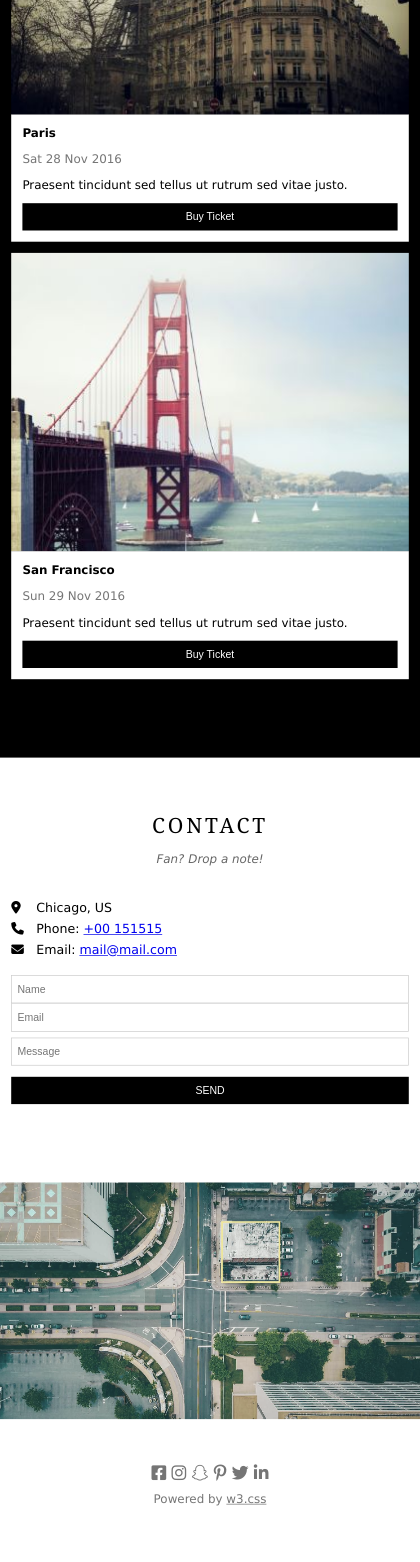
Repository: tam1512/The-Band
Page: index.html
These files come from the project's save history. The page is drawn as it stood at one moment and after the next save; the edit follows.
The browser window is 600 px wide. The pictures show the part of the page from y = 3386 to 5626 px (the page is 5618 px tall before and 5626 px after), at 70% of full size.
Some web libraries are served in a nearby version.

Above is the page before, as saved 2022-07-28 10:32:40.

### index.html
<!DOCTYPE html>
<html lang="en">
  <head>
    <meta charset="UTF-8" />
    <meta http-equiv="X-UA-Compatible" content="IE=edge" />
    <meta name="viewport" content="width=device-width, initial-scale=1.0" />
    <link
      rel="stylesheet"
      href="https://cdnjs.cloudflare.com/ajax/libs/font-awesome/6.1.1/css/all.min.css"
      integrity="sha512-KfkfwYDsLkIlwQp6LFnl8zNdLGxu9YAA1QvwINks4PhcElQSvqcyVLLD9aMhXd13uQjoXtEKNosOWaZqXgel0g=="
      crossorigin="anonymous"
      referrerpolicy="no-referrer"
    />
    <link rel="stylesheet" href="./assets/css/style.css" />
    <link rel="stylesheet" href="assets/css/responsive.css">
    <title>The Band</title>
  </head>
  <body>
    <div class="container">
      <!-- header -->
      <div class="header" id="home">
        <ul class="header_nav">
          <li><a href="#home">HOME</a></li>
          <li><a href="#band">BAND</a></li>
          <li><a href="#tour">TOUR</a></li>
          <li><a href="#contact">CONTACT</a></li>
          <li class="header_nav_dropdown">
            <a href="javascript:void(0)" class="dropbtn">
              MORE
              <i class="fa-solid fa-caret-down"></i>
            </a>
            <div class="dropdown-content">
              <a href="#">Merchandise</a>
              <a href="#">Extras</a>
              <a href="#">Media</a>
            </div>
          </li>
        </ul>
        <div id="header_search">
          <i class="fa-solid fa-magnifying-glass text-white"></i>
        </div>
      </div>
      <!-- Slideshow container -->
      <div class="slider">
        <!-- Full-width image with caption text -->
        <div class="slider_slides-cont">
          <div class="slider_slide">
            <img src="assets/img/la.jpg" alt="Los Angeles" />
            <div class="text padding-32-16 text-white">
              <h3 class="fz-24 margin-10-0">Los Angeles</h3>
              <p class="margin-15-0">
                <b class="text-shadow">We had the bes time playing at Venice Beach!</b>
              </p>
            </div>
          </div>

          <div class="slider_slide">
            <img src="assets/img/ny.jpg" alt="New York" />
            <div class="text padding-32-16 text-white">
              <h3 class="fz-24 margin-10-0">New York</h3>
              <p class="margin-15-0">
                <b class="text-shadow">The atmosphere in New York is lorem ipsum.</b>
              </p>
            </div>
          </div>

          <div class="slider_slide">
            <img src="assets/img/chicago.jpg" alt="Chicago" />
            <div class="text padding-32-16 text-white">
              <h3 class="fz-24 margin-10-0">Chicago</h3>
              <p class="margin-15-0">
                <b class="text-shadow">Thank you, Chicago - A night we won't forget</b>
              </p>
            </div>
          </div>
        </div>

        <!-- The pagination/circles -->
         <div class="slider_pagination"></div>

        <!-- Next and previous buttons (navigatin slide)-->
        <a class="prev">&#10094</a>
        <a class="next">&#10095</a>
      </div>
      <div class="content">
          <div class="padding-64-16 text-center" id="band">
            <h2 class="tilte fz-30 margin-10-0">THE BAND</h2>
            <p class="margin-15-0"><i class="sub-title opacity">We love music</i></p>
            <p class="band_content margin-15-0 text-justify">We have created a fictional band website. Lorem ipsum dolor sit amet, consectetur adipiscing elit, sed do eiusmod tempor incididunt ut labore et dolore magna aliqua. Ut enim ad minim veniam, quis nostrud exercitation ullamco laboris nisi ut aliquip ex ea commodo consequat. Duis aute irure dolor in reprehenderit in voluptate velit esse cillum dolore eu fugiat nulla pariatur. Excepteur sint occaecat cupidatat non proident, sunt in culpa qui officia deserunt mollit anim id est laborum consectetur adipiscing elit, sed do eiusmod tempor incididunt ut labore et dolore magna aliqua. Ut enim ad minim veniam, quis nostrud exercitation ullamco laboris nisi ut aliquip ex ea commodo consequat.</p>
            <div class="row band_members padding-32-0">
              <div class="third band_member t-m-full">
                <p class="margin-15-0">Name</p>
                <img src="assets/img/bandmember.jpg" alt="band member" class="band_member_img margin-bottom-16">
              </div>
              <div class="third band_member t-m-full">
                <p class="margin-15-0">Name</p>
                <img src="assets/img/bandmember.jpg" alt="band member" class="band_member_img margin-bottom-16">
              </div>
              <div class="third band_member t-m-full">
                <p class="margin-15-0">Name</p>
                <img src="assets/img/bandmember.jpg" alt="band member" class="band_member_img margin-bottom-16">
              </div>
            </div>
          </div>
          <div class="backgroud-black" id="tour">
            <div class="tour-container padding-64-16 text-center text-white">
              <h2 class="tilte fz-30 margin-10-0">TOUR DATES</h2>
              <p class="margin-15-0"><i class="sub-title">Remember to book your tickets!</i></p>
              <br>
              <ul class="list-month backgroud-white">
                <li class="month-item padding-8-16 boder-bottom">
                  <p class="month text-grey">September</p>
                  <span class="ticket-sold-out text-white">Sold out</span>
                </li>
                <li class="month-item padding-8-16 boder-bottom">
                  <p class="month text-grey">October</p>
                  <span class="ticket-sold-out text-white">Sold out</span>
                </li>
                <li class="month-item padding-8-16 boder-bottom">
                  <p class="month text-grey">November</p>
                  <span class="ticket-still text-white">3</span>
                </li>
              </ul>

              <div class="row ticket-list padding-32-8">
                <div class="ticket-wrap third margin-bottom-16 padding-0-8 t-m-full">
                  <img class="ticket-img img" src="assets/img/newyork.jpg" alt="Ticket New Yourk">
                  <div class="ticket-content padding-0-16 backgroud-white text-left">
                    <p class="ticket-name margin-15-0 text-black"><b>New Yourk</b></p>
                    <p class="ticket-time margin-15-0 text-grey">Fri 27 Nov 2016</p>
                    <p class="ticket-desc margin-15-0 text-black">Praesent tincidunt sed tellus ut rutrum sed vitae justo.</p>
                    <button class="btn-buy-ticket btn margin-bottom-16">Buy Ticket</button>
                  </div>
                </div>
                <div class="ticket-wrap third margin-bottom-16 padding-0-8 t-m-full">
                  <img class="ticket-img img" src="assets/img/paris.jpg" alt="Ticket Chicago">
                  <div class="ticket-content padding-0-16 backgroud-white text-left">
                    <p class="ticket-name margin-15-0 text-black"><b>Paris</b></p>
                    <p class="ticket-time margin-15-0 text-grey">Sat 28 Nov 2016</p>
                    <p class="ticket-desc margin-15-0 text-black">Praesent tincidunt sed tellus ut rutrum sed vitae justo.</p>
                    <button class="btn-buy-ticket btn margin-bottom-16">Buy Ticket</button>
                  </div>
                </div>
                <div class="ticket-wrap third margin-bottom-16 padding-0-8 t-m-full">
                  <img class="ticket-img img" src="assets/img/sanfran.jpg" alt="Ticket San Francisco">
                  <div class="ticket-content padding-0-16 backgroud-white text-left">
                    <p class="ticket-name margin-15-0 text-black"><b>San Francisco</b></p>
                    <p class="ticket-time margin-15-0 text-grey">Sun 29 Nov 2016</p>
                    <p class="ticket-desc margin-15-0 text-black">Praesent tincidunt sed tellus ut rutrum sed vitae justo.</p>
                    <button class="btn-buy-ticket btn margin-bottom-16">Buy Ticket</button>
                  </div>
                </div>
              </div>
            </div>
          </div>
          <div class="padding-64-16 text-center" id="contact">
            <h2 class="tilte fz-30 margin-10-0">CONTACT</h2>
            <p class="margin-15-0"><i class="sub-title opacity">Fan? Drop a note!</i></p>
            <div class="row padding-32-0">
              <div class="contact_content half margin-bottom-16 text-left">
                <p class="margin-bottom-8" id="contact_adress">
                  <i class="fa-solid fa-location-dot"></i>
                  Chicago, US
                </p>
                <p class="margin-bottom-8" id="contact_phone">
                  <i class="fa-solid fa-phone"></i>
                  Phone: <a href="tel:+00 151515">+00 151515</a>
                </p>
                <p class="margin-bottom-8" id="contact_email">
                  <i class="fa-solid fa-envelope"></i>
                  Email: <a href="mailto:mail@mail.com">mail@mail.com</a>
                </p>
              </div>
              <div class="contact_form half row m-full">
                <form >
                  <div class="row row-padding name_email_form">
                    <div class="half m-full m-mr-bottom-8">
                      <input type="text" name="contact_name" id="contact_name" class="input full" placeholder="Name" required>
                    </div>
                    <div class="half t-m-full">
                      <input type="email" name="contact_email" id="contact_email" class="input full" placeholder="Email" required>
                    </div>
                  </div>
                  <input type="text" name="contact_message" id="contact_message" class="full input" placeholder="Message" required>
                  <input type="submit" class="btn right margin-16-0" value="SEND"></input>
                </form>
              </div>
            </div>
          </div>
          <!-- img of location/ map -->
          <img src="assets/img/map.jpg" alt="Location/Map" class="img-map img">
      </div>
      <div class="footer padding-64-16 text-center text-grey">
        <div class="social-media fz-24">
          <i class="fa-brands fa-facebook-square"></i>
          <i class="fa-brands fa-instagram"></i>
          <i class="fa-brands fa-snapchat"></i>
          <i class="fa-brands fa-pinterest-p"></i>
          <i class="fa-brands fa-twitter"></i>
          <i class="fa-brands fa-linkedin-in"></i>
        </div>
        <p class="powered margin-15-0">
          Powered by
          <a class="text-grey" href="javascript:void(0);" target="_blank">w3.css</a>
        </p>
      </div>
    </div>
    <!-- Ticket modal -->
    <div id="ticketModal">
     <div class="ticket-modal-content">
       <div class="modal-heading padding-32-16">
         <span class="btn-ticket-out btn">&times;</span>
         <h2 class="ticket-title text-center text-white fz-30">
           <i class="fa-solid fa-suitcase"></i>
           Tickets
         </h2>
       </div>
       <form class="ticket-form padding-0-16">
         <label class="ticket-form-label margin-16-0" for="quantity_person">
           <i class="fa-solid fa-cart-shopping"></i>
           Tickets, $15 per person
         </label>
         <input type="text" class="input full" id="quantity_person" name="quantity_person" placeholder="How many?">
         <label class="ticket-form-label margin-16-0" for="email">
           <i class="fa-solid fa-user"></i>
           Send To
         </label>
         <input type="email" class="input full" id="email" name="email" placeholder="Enter email">
         <a href="javascipt:void(0)" class="big-btn btn margin-16-0">
           Pay
           <i class="fa-solid fa-check"></i>
         </a>
       </form>
       <div class="modal-footer padding-0-16">
         <button class="ticket-footer-close btn margin-16-0">
           Close
           <i class="fa-solid fa-xmark"></i>
         </button>
         <p class="ticket-help margin-15-0">
           Need
           <a href="javascript::void(0);">help?</a>
         </p>
       </div>
     </div>
    </div>
    <script src="assets/js/js.js"></script>
  </body>
</html>

### assets/css/style.css
:root {
}

* {
  padding: 0em;
  margin: 0;
  box-sizing: border-box;
}

body {
  font-family: Verdana, sans-serif;
  font-size: 15px;
  line-height: 22.5px;
}

h1,
h2,
h3,
h4,
h5,
h6 {
  font-family: Georgia, serif;
}

.row:after {
  content: "";
  display: table;
  clear: both;
}

.row-padding {
  padding: 0 8px;
}

.row-padding > .half {
  padding: 0 8px;
}

.third {
  float: left;
  width: calc(100% / 3);
}

.half {
  float: left;
  width: 50%;
}

.full {
  width: 100%;
}

.right {
  float: right;
}

.fz-24 {
  font-size: 24px;
}

.fz-30 {
  font-size: 30px;
}

.text-white {
  color: white;
}

.text-grey {
  color: #757575;
}

.text-black {
  color: #000;
}

.opacity {
  opacity: 0.6 !important;
}

.backgroud-black {
  background-color: #000;
}

.backgroud-white {
  background-color: #fff;
}

.text-center {
  text-align: center;
}

.text-justify {
  text-align: justify;
}

.text-left {
  text-align: left;
}

.padding-0-8 {
  padding: 0.01em 8px !important;
}

.padding-0-16 {
  padding: 0.01em 16px !important;
}

.padding-64-16 {
  padding: 64px 16px !important;
}

.padding-32-16 {
  padding: 32px 16px !important;
}

.padding-32-8 {
  padding: 32px 8px !important;
}

.padding-32-0 {
  padding: 32px 0 !important;
}

.padding-8-16 {
  padding: 8px 16px !important;
}

.padding-32 {
  padding: 32px !important;
}

.margin-0-24 {
  margin: 0 24px !important;
}

.margin-10-0 {
  margin: 10px 0 !important;
}

.margin-15-0 {
  margin: 15px 0 !important;
}

.margin-16-0 {
  margin: 16px 0 !important;
}

.margin-bottom-16 {
  margin-bottom: 16px !important;
}

.margin-bottom-8 {
  margin-bottom: 8px !important;
}

.text-shadow {
  text-shadow: 0 0 3px #000;
}

.boder-bottom {
  border-bottom: 1px solid #ddd;
}

.btn {
  display: inline-block;
  text-decoration: none;
  color: white;
  border: none;
  outline: none;
  padding: 8px 16px;
  background-color: #000;
  line-height: 22.5px;
  font-size: 15px;
  text-align: center;
  cursor: pointer;
}

.btn:hover {
  background-color: #ccc;
  color: #000;
}

.img {
  width: 100%;
  outline: none;
  vertical-align: middle;
}

.header {
  position: fixed;
  top: 0;
  right: 0;
  left: 0;
  z-index: 2;
}

.header_nav {
  list-style-type: none;
  background-color: #000;
  overflow: hidden;
}

.header_nav > li {
  float: left;
}

.header_nav > li > a,
.dropbtn {
  display: inline-block;
  padding: 12px 24px;
  text-align: center;
  color: #fff;
  text-decoration: none;
}

.header_nav > li > a:hover,
.header_nav_dropdown:hover,
.dropbtn:hover,
.dropdown-content a:hover {
  background-color: #ccc;
  color: black;
}

li.header_nav_dropdown {
  display: inline-block;
  /* position: relative; */
}

.dropdown-content {
  display: none;
  position: absolute;
  min-width: 160px;
  background-color: #fff;
  box-shadow: 0px 8px 16px 0px rgba(0, 0, 0, 0.2);
  z-index: 1;
}

.dropdown-content a {
  color: #000 !important;
  text-align: left;
  padding: 8px 16px;
  display: block;
  text-decoration: none;
}

.header_nav_dropdown:hover .dropdown-content {
  display: block;
}

#header_search {
  position: absolute;
  top: 0;
  right: 0;
  padding: 12px 24px;
}

#header_search:hover {
  background-color: #f44336;
}

/* Slider */
/* Slideshow container */
.slider {
  top: 47px;
}

.slider,
.slider_slides-cont {
  max-width: 100%;
  height: auto;
  position: relative;
  margin: auto;
}

/* Hide the images by default */
.slider_slide {
  display: none;
}

.slider_slide:first-child {
  display: block;
}

.slider_slides-cont img {
  width: 100%;
  height: 100%;
}

/* Next & previous buttons */
.prev,
.next {
  cursor: pointer;
  position: absolute;
  top: 50%;
  transform: translate(0, -50%);
  margin: 10px;
  padding: 24px 20px;
  color: #fff;
  font-weight: bold;
  font-size: 24px;
  transition: background-color 0.6s ease;
  border-radius: 5px 5px 5px 5px;
  user-select: none;
}

/* Position the "next button" to the right */
.next {
  right: 0;
  border-radius: 5px 5px 5px 5px;
}

/* On hover, add a black backgroound color with a little bit see-through */
.prev:hover,
.next:hover {
  background-color: rgba(191, 191, 191, 0.6);
  color: rgb(26, 23, 23);
  font-weight: bolder;
}

/* Caption text */
.text {
  position: absolute;
  left: 50%;
  transform: translate(-50%, -100%);
  text-align: center;
}

.slider_pagination {
  position: absolute;
  left: 50%;
  transform: translate(-50%, -120%);
}

.slider_pagination_btn {
  cursor: pointer;
  padding: 6px;
  background-color: transparent;
  display: inline-block;
  transition: background-color 0.6s ease;
}

.slider_pagination_btn::before {
  content: "";
  display: inline-block;
  height: 15px;
  width: 15px;
  border-radius: 50%;
  background-color: #717171;
}
.slider_pagination_btn.slider_pagination_btn--sel::before,
.slider_pagination_btn:hover::before {
  background-color: #bbb;
}

/* content */

.content {
  margin-top: 41px;
}

#band,
.tour-container,
#contact {
  max-width: 800px;
  margin-left: auto;
  margin-right: auto;
}

.tilte {
  font-weight: normal;
  line-height: 45px;
  letter-spacing: 4px;
}

/* band */
/* Third image */

.band_member_img {
  width: 60%;
  border-radius: 4px;
}

/* Month ticket */
.list-month {
  list-style-type: none;
  text-align: left;
}

.month-item {
  position: relative;
}

.month {
  display: inline-block;
}

.ticket-sold-out {
  display: inline-block;
  background-color: #f44336;
  padding: 0.01em 8px;
  margin-left: 16px;
}

.ticket-still {
  display: inline-block;
  padding: 0.01em 8px;
  position: absolute;
  right: 32px;
  text-align: center;
  background-color: #000;
  border-radius: 50%;
}

/* ticket list */
.ticket-list {
  margin: 0 -16px;
}

.ticket-img:hover {
  opacity: 0.6;
}

/* ticket modal */
#ticketModal {
  display: none;
  position: fixed;
  top: 0;
  right: 0;
  bottom: 0;
  left: 0;
  overflow: auto;
  background-color: rgba(0, 0, 0, 0.4);
  z-index: 3;
}

.ticket-modal-content {
  position: relative;
  top: 49px;
  width: 500px;
  margin: auto;
  background-color: #fff;
  box-shadow: 0 4px 10px 0 rgb(0 0 0 / 20%), 0 4px 20px 0 rgb(0 0 0 / 19%);
  animation: animationtop 0.4s;
}

.modal-heading {
  background-color: #009688;
}

.ticket-title {
  font-weight: normal;
  letter-spacing: 4px;
  margin: 10px 0;
  line-height: 45px;
}

.ticket-title i {
  margin-right: 8px;
}

.btn-ticket-out {
  position: absolute;
  top: 0;
  right: 0;
  font-size: 20px;
  line-height: 36px;
  background-color: transparent;
}

.ticket-form-label {
  display: block;
}

.ticket-form-label i {
  line-height: 15px;
  font-size: 13px;
}

.input {
  display: block;
  padding: 8px;
  font-size: 15px;
  line-height: 22.5px;
  border: 1px solid #ccc;
  background-color: #fff;
}

.big-btn {
  padding: 16px;
  background-color: #009688;
  width: 100%;
  text-transform: uppercase;
}

/* modal footer */
.ticket-footer-close {
  line-height: 20px;
  background-color: #f44336;
}

.ticket-help {
  float: right;
}

.ticket-help a {
  color: #2196f3;
}

.modal-footer::after {
  content: "";
  clear: both;
}

@keyframes animationtop {
  from {
    top: -300px;
    opacity: 0;
  }
  to {
    top: 49px;
    opacity: 1;
  }
}

/* CONTACT */
.contact_content {
  font-size: 18px;
  font-weight: normal;
}

.contact_content > p > i {
  width: 30px;
}

.name_email_form {
  margin: 0 -16px 8px;
}

/* img location/map */
.img-map {
  max-width: 100%;
  filter: grayscale(50%);
}

/* footer */
.social-media > i:hover {
  opacity: 0.6;
  cursor: pointer;
}

### assets/css/responsive.css
/* PC */
@media (min-width: 1024px) {
}

/* tablet and mobile */
@media (max-width: 1023px) {
  body {
    font-size: 17px;
  }

  .t-m-full {
    float: none;
    width: 100% !important;
  }

  .btn {
    width: 100%;
  }

  .t-m-mr-bottom-8 {
    margin-bottom: 8px;
  }
}

/* tablet */
@media (max-width: 1023px) and (min-width: 740px) {
}

/* mobile */
@media (max-width: 739px) {
  .m-full {
    width: 100%;
  }
}

### assets/js/js.js
let currentIndex = 0;
let newIndex = 0;
let autoplay = true;

//tạo một object cho việc tự động chuyển slide
let Autoplay = {
  timerID: null,
  interval: 4000,

  start: function () {
    this.timerID = setInterval(function () {
      newIndex++;
      navigateSlider();
    }, this.interval);
  },

  reset: function () {
    clearInterval(this.timerID);
    this.start();
  },
};

let slideElements = document.getElementsByClassName("slider_slide");
let slidesLength = slideElements.length;
let paginationElement = document.getElementsByClassName("slider_pagination")[0];
let prevElement = document.getElementsByClassName("prev")[0];
let nextElement = document.getElementsByClassName("next")[0];
// variable modal
let modal = document.getElementById("ticketModal");
let headerModalOut = document.getElementsByClassName("btn-ticket-out")[0];
let footerModalOut = document.getElementsByClassName("ticket-footer-close")[0];
let btnBuyTickets = document.getElementsByClassName("btn-buy-ticket");
// SLIDER
// lấy sự kiện click của 2 nut prev và next
prevElement.addEventListener("click", function () {
  newIndex--;
  navigateSlider();
});

nextElement.addEventListener("click", function () {
  newIndex++;
  navigateSlider();
});

// tạo số dot tương ứng với số slide
paginationHTML = [];
for (let i = 0; i < slidesLength; i++) {
  paginationHTML.push(
    `<span class="slider_pagination_btn" data-index="${i}"></span>`
  );
}
// Thêm paginationHTML vào bên trong thẻ HTML
paginationElement.innerHTML = paginationHTML.join("");

//kiểm tra xem đã có phần tử chứa class="slider_pagination_btn" chưa? nếu có lấy giá trị trong data-index của nó gán cho newIndex
paginationElement.addEventListener("click", function (e) {
  let target = e.target;
  if (target.classList.contains("slider_pagination_btn")) {
    newIndex = Number(target.getAttribute("data-index"));
    navigateSlider();
  }
});

// Hàm hiện thị slide
function navigateSlider() {
  // Kiểm tra để newIndex luôn nằm trong khoảng từ 0 -> slideLength
  if (newIndex < 0) {
    newIndex = slidesLength - 1;
  } else if (newIndex > slidesLength - 1) {
    newIndex = 0;
  }

  //Thêm và xóa slider_pagination_btn--sel
  paginationElement.childNodes[currentIndex].classList.remove(
    "slider_pagination_btn--sel"
  );
  paginationElement.childNodes[newIndex].classList.add(
    "slider_pagination_btn--sel"
  );

  //reset interval(khoảng thời gian) để slide không gặp vấn đề về chuyển đổi
  if (autoplay) {
    Autoplay.reset();
  }

  //Ẩn slide trước và hiện slide cần hiện
  slideElements[currentIndex].style.display = "none";
  slideElements[newIndex].style.display = "block";

  currentIndex = newIndex;
}

// thiết lập autoplay cho slider
if (autoplay) {
  Autoplay.start();
}

// khi load page sẽ bị lỗi hiển thị ban đầu, đây là cách giải quyết
navigateSlider();

// END SLIDER

// MODAL

for (let i = 0; i < btnBuyTickets.length; i++) {
  btnBuyTickets[i].addEventListener("click", () => {
    openModal();
  });
}

headerModalOut.addEventListener("click", function () {
  outMoDal();
});
footerModalOut.addEventListener("click", function () {
  outMoDal();
});

window.addEventListener("click", function (e) {
  if (e.target == modal) {
    outMoDal();
  }
});

function openModal() {
  modal.style.display = "block";
}

function outMoDal() {
  modal.style.display = "none";
}

After the next save:
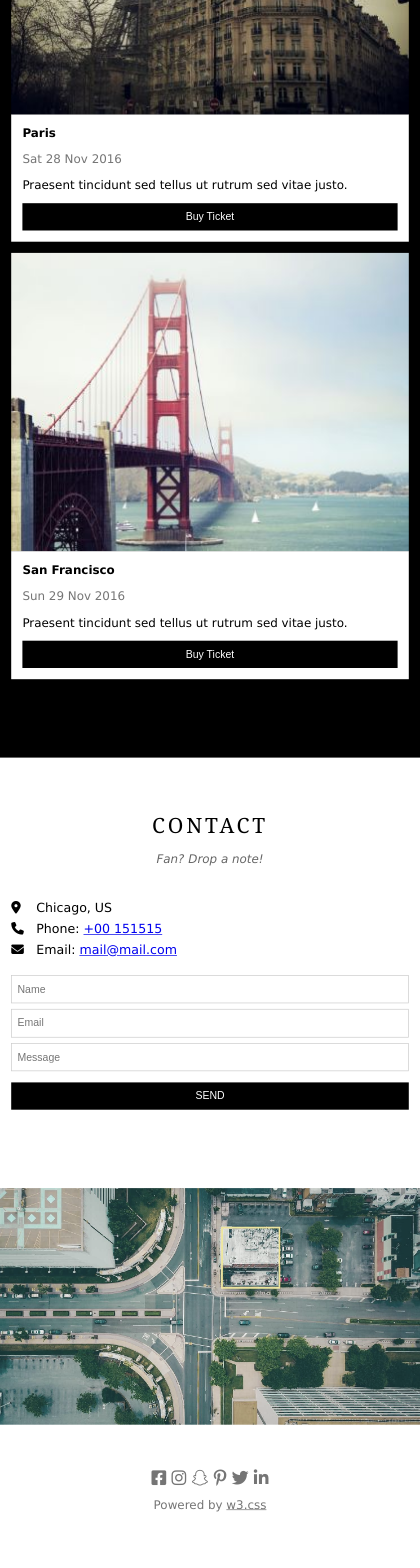
Saved 15 s later.
--- a/assets/css/responsive.css
+++ b/assets/css/responsive.css
@@ -31,4 +31,7 @@
   .m-full {
     width: 100%;
   }
+  .m-mr-bottom-8 {
+    margin-bottom: 8px;
+  }
 }
